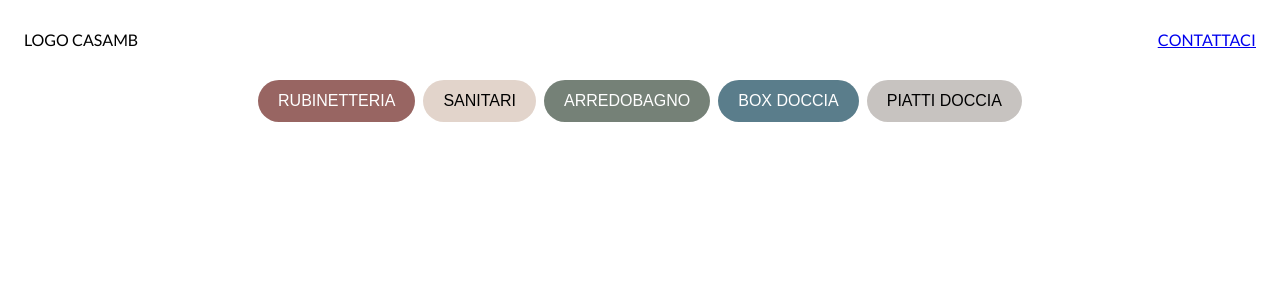
Repository: nicolorz/casamb
Page: /
The author's editor kept a copy of each file at every save. The page is drawn from the files as they stood at one save, then again after the next save.
The browser window is 1280 px wide. The pictures show the whole page.
The project was rebuilt for these pictures with package versions that can differ from the ones it lists, and the page was loaded fresh each time. Also part of the build but not shown: src/index.css, src/App.css.

Above is the page before, as saved 2023-07-18 18:43:27.

### src/index.js
import React from 'react';
import ReactDOM from 'react-dom/client';
import './index.css';
import './assets/css/reset.css'
import './assets/css/style.css'
import App from './App';
import reportWebVitals from './reportWebVitals';

const root = ReactDOM.createRoot(document.getElementById('root'));
root.render(
  <React.StrictMode>
    <App />
  </React.StrictMode>
);

// If you want to start measuring performance in your app, pass a function
// to log results (for example: reportWebVitals(console.log))
// or send to an analytics endpoint. Learn more: https://bit.ly/CRA-vitals
reportWebVitals();

### src/assets/css/style.css
@import url('https://fonts.googleapis.com/css2?family=Lato:ital,wght@0,300;0,400;0,700;1,300;1,400;1,700&display=swap');

html, body {
  margin: 0;
  padding: 0;
  font-size: 16px;
  font-family: 'Lato', sans-serif;
}

.main-wrapper {
  width: 100vw;
  height: 100vh;
  background-color: #fff;
/*   display: flex;
  flex-flow: row nowrap; */
}

/* .sidebar {
  flex: 1;
  background-color: #f6f6f6;
  display: flex;
  flex-flow: column nowrap;
}

.card-wrapper {
  flex: 4;
  padding: 1rem;
  box-sizing: border-box;
  background-color: #EFF8FF;
  border: 1px solid #62A1FF;
  display: flex;
  flex-flow: row nowrap;
  align-items: flex-start;
  gap: 1rem;
}

.footer, .area-buttons {
  width: 100%;
  padding: 1rem;
  box-sizing: border-box;
  background-color: #EFF8FF;
  border: 1px solid #62A1FF;
}

.foooter {
  flex: 0 1 auto;
}

.area-buttons {
  flex: 1 0 auto;
}

.area-buttons {
  display: flex;
  flex-flow: column nowrap;
  gap: 0.5rem;
}

.area-buttons > button {
  align-self: flex-start;
}

.card {
  flex: 0 1 33%;
  padding: 1rem;
  background-color: #62A1FF;
  /* align-self: flex-start;
}

.card > img {
  width: 100%;
} */

### src/App.js
import logo from './logo.svg';
import './App.css';
import  {Header} from './components/HeaderWrapper/HeaderWrapper';

function App() {

  return (
    <div className="main-wrapper">
      <Header />
    </div>
  );
}

export default App;

### src/components/HeaderWrapper/HeaderWrapper.js
import './Header.css'
import { HeaderBottom } from './HeaderBottom'
import { HeaderTop } from './HeaderTop'

export const Header = () => {
    return <div className="header">
        <HeaderTop />
        <HeaderBottom />
    </div>
}

### src/components/HeaderWrapper/Header.css
.header {
    width: 100%;
    padding: 0 24px;
    box-sizing: border-box;
    position: fixed;
    top: 0;
    left: 0;
}

.header-top {
    width: 100%;
    display: flex;
    flex-flow: row nowrap;
    justify-content: space-between;
    align-items: center;
}

.header-top_logo {
    padding: 2rem 0;
}

.header-bottom {
    width: 100%;
    display: flex;
    flex-flow: column nowrap;
    align-items: center;
}

.sorting-area {
    max-width: 900px;
    display: flex;
    flex-flow: row wrap;
    justify-content: center;
    gap: 0.5rem;
}

### src/components/HeaderWrapper/HeaderBottom.js
import { SortingBtn } from "../SortingBtn/Sortingbtn"

const sortingButtons = [
    {
        tag: 'rubinetteria',
        label: 'rubinetteria',
        backgroundColor: '#986562',
        color: true
    },
    {
        tag: 'sanitari',
        label: 'sanitari',
        backgroundColor: '#E2D4CB',
        color: false
    },
    {
        tag: 'arredobagno',
        label: 'arredobagno',
        backgroundColor: '#758177',
        color: true
    },
    {
        tag: 'boxdoccia',
        label: 'box doccia',
        backgroundColor: '#5A7D8B',
        color: true
    },
    {
        tag: 'piattidoccia',
        label: 'piatti doccia',
        backgroundColor: '#C7C3C0',
        color: false
    },
];

export const HeaderBottom = () => {
    return (
        <div className="header-bottom">
            <div className="sorting-area">
                {sortingButtons.map((el) => {
                    return (
                        <SortingBtn key={el.tag} button={el} />
                    )
                })}
            </div>
        </div>
    )
}

### src/components/HeaderWrapper/HeaderTop.js
export const HeaderTop = () => {
    return <div className="header-top">
        <div className="header-top_logo">LOGO CASAMB</div>
        <a href="*" target="_self">CONTATTACI</a>
    </div>
}

### src/components/SortingBtn/Sortingbtn.js
import './Sortingbtn.css'

export const SortingBtn = ({button}) => {
    return <button
        className="sorting-btn"
        style={{
            backgroundColor: button.backgroundColor,
            color: button.color ? '#fff' : '#000'
        }}
        >
            {button.label.toUpperCase()}
        </button>
};

### src/components/SortingBtn/Sortingbtn.css
.sorting-btn {
    background-color: #62A1FF;
    color: #fff;
    padding: 12px 20px;
    border: none;
    border-radius: 50px;
    -webkit-border-radius: 50px;
    -moz-border-radius: 50px;
    -ms-border-radius: 50px;
    -o-border-radius: 50px;
    font-size: 16px;
    cursor: pointer;
    transition: all 0.3s;
    -webkit-transition: all 0.3s;
    -moz-transition: all 0.3s;
    -ms-transition: all 0.3s;
    -o-transition: all 0.3s;
}

.sorting-btn:hover {
    background-color: #4B84DA;
}

Loaded but not shown: public/index.html (common file); src/assets/css/reset.css (common file); src/reportWebVitals.js (common file)

After the next save:
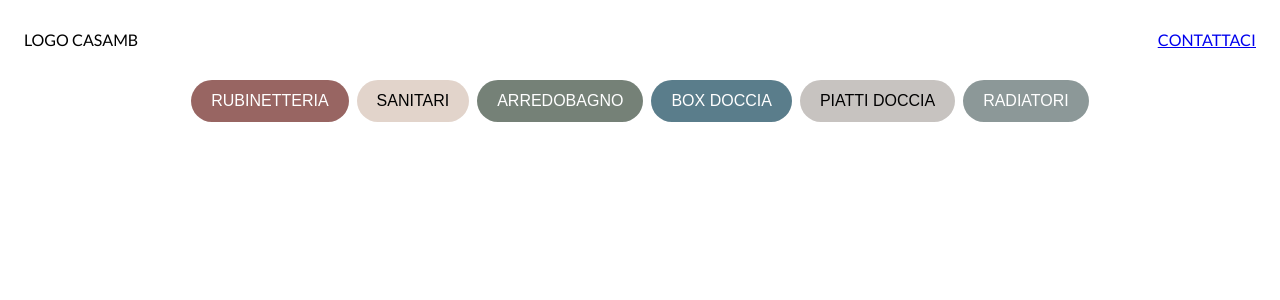
Saved 59 s later.
--- a/src/components/HeaderWrapper/HeaderBottom.js
+++ b/src/components/HeaderWrapper/HeaderBottom.js
@@ -31,6 +31,12 @@ const sortingButtons = [
         backgroundColor: '#C7C3C0',
         color: false
     },
+    {
+        tag: 'radiatori',
+        label: 'radiatori',
+        backgroundColor: '#8C9898',
+        color: true
+    },
 ];
 
 export const HeaderBottom = () => {
